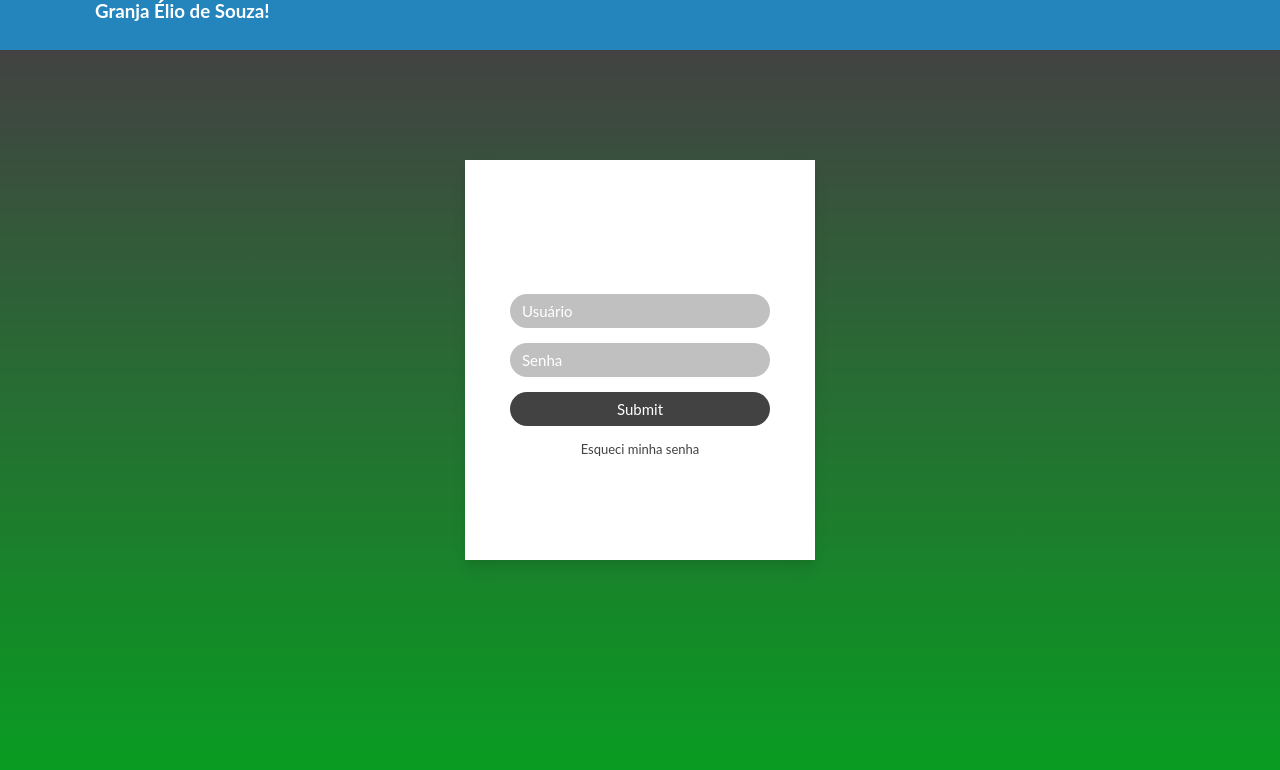
Repository: JoaoNahid/adminSystem
Page: /login (app in client/)
These files come from the project's save history. The page is drawn as it stood at one moment and after the next save; the edit follows.
The browser window is 1280 px wide. The pictures show the whole page.
The project was rebuilt for these pictures with package versions that can differ from the ones it lists, and the page was loaded fresh each time. Also part of the build but not shown: client/src/App.css, client/src/routes/cadastro.js, client/src/routes/home.js, client/src/routes/404.js.

Above is the page before, as saved 2022-04-20 21:15:45.

### client/src/App.js
import logo from './logo.svg';
import React, { useState, useEffect } from "react"
import './App.css';
import './css/style.css';


// Router
import { BrowserRouter as Router, Route, Routes } from 'react-router-dom';
// Telas
import Login from './routes/login.js'
import Cadastro from './routes/cadastro.js'
import Home from './routes/home.js'
import Error from './routes/404.js'
import Header from './routes/header.js'

export default function App() {
  return (
    <Router>
      <div>
        <Header />
        <Routes>
          <Route exact path="/login" element={<Login />} />
          <Route exact path="/cadastro" element={<Cadastro />} />
          <Route exact path="/" element={<Home />} />
          <Route exact path="/home" element={<Home />} />
          <Route path="*" element={<Error />} />
        </Routes>
      </div>
    </Router>
  )
}

### client/src/css/style.css
body{
  margin: 0;
  padding: 0;
  font-family: 'Lato', sans-serif;
}
*{
  margin: 0;
  padding: 0;
  font-family: 'Lato', sans-serif;
}
:root{
  --cor1: #099c22;
  --cor2: #424242;
}

@import url('https://fonts.googleapis.com/css2?family=Lato:ital,wght@0,100;0,300;0,400;0,700;0,900;1,100;1,300;1,400;1,700;1,900&display=swap');


.container{
  /* width: calc(100% - 80px); */
  margin-left: 80px;
  padding: 0 15px;
}
.nomePagina{
  padding: 8px 0;
  margin-bottom: 15px;
  background-color: #fff;
  display: flex;
  flex-direction: row;
  justify-content: space-between;
  align-items: center;
}

.tituloPagina{
  color: var(--cor2);
  font-size: 30px;
}
.mostrarEstatisticas{
  color: var(--cor2);
  font-size: 30px;
  cursor: pointer;
  transform: rotate(180deg);
}
.flexBox{
  display: flex;
}
.flexRow{
  flex-direction: row;
}
/* SIDEBAR */
.sidebar{
  position: fixed;
  top: 0;
  bottom: 0;
  height: auto;
  width: 70px;
  background-color: var(--cor2);
  box-shadow: 10px 0 0 var(--cor1);
  overflow: hidden;
  transition: 0.5s;
  z-index: 2;
}
.sidebar:hover{
  width: 300px;
}
.sidebar ul{
  position: absolute;
  top: 200px;
  left: 0;
  width: 100%;
  padding-left: 5px;
}
.sidebar ul li{
  position: relative;
  list-style: none;
  width: 100%;
  border-top-left-radius: 20px;
}
.sidebar ul li a{
  position: relative;
  display: flex;
  width: 100%;
  text-decoration: none;
  color: #fff;
}
.sidebar .iconeSidebar{
  position: relative;
  display: block;
  min-width: 60px;
  height: 60px;
  text-align: center;
  line-height: 70px;
}
.sidebar .iconeSidebar ion-icon{
  position: relative;
  font-size: 1.5rem;
  z-index: 1;
}
.sidebar .tituloSidebar{
  position: relative;
  display: block;
  padding-left: 10px;
  height: 60px;
  line-height: 60px;
  white-space: nowrap;
}
.sidebar .active{
  background: var(--cor1);
}
.perfilUsuario{
  position: relative;
  top: 30px;
  display: flex;
  flex-direction: column;
  justify-content: center;
  align-items: center;
}
.fotoUsuario{
  width: 50px;
  height: 50px;
  border-radius: 50%;
  background-size: cover !important;
  background-repeat: no-repeat !important;
  background-position: center !important;
  transition: 0.6s;
}
.sidebar:hover .fotoUsuario{
  width: 100px;
  height: 100px;
}
.sidebar:hover .nomeUsuario,
.sidebar:hover .funcaoUsuario{
  visibility: visible;
  opacity: 1;
  transition: visibility 0s, opacity 0s linear;
}
.nomeUsuario{
  color: #fff;
  font-size: 20px;
  margin-top: 6px;
  visibility: hidden;
  opacity: 0;
  transition: visibility 0s, opacity 0s linear;
}
.funcaoUsuario{
  color: #fff;
  font-size: 15px;
  visibility: hidden;
  opacity: 0;
  transition: visibility 0s, opacity 0s linear;
}
/* FIM SIDEBAR */

/* DASHBOARD */
.areaBlocosEstatisticas{
  display: grid;
  grid-template-columns: repeat(4, 1fr);
  justify-content: center;
  gap: 20px;
  flex-direction: row;
}
@media(max-width: 1064px){
  .areaBlocosEstatisticas{
    grid-template-columns: repeat(2, 1fr);
  }
}
@media(max-width: 651px){
  .areaBlocosEstatisticas{
    grid-template-columns: 1fr;
  }
}
.blocoEstatistica{
  width: auto;
  height: 150px;
  background: var(--cor2);
  color: #fff;
  border-bottom: 3px solid var(--cor1);
  border-top-left-radius: 20px;
  border-top-right-radius: 20px;
  display: flex;
  flex-direction: column;
  justify-content: space-between;
  align-items: center;
  padding: 8px 12px;
}
.tituloEstatistica{
  font-size: 25px;
  text-transform: capitalize;
}
.conteudoEstatistica{
  display: flex;
  flex-direction: row;
  align-items: center;
  justify-content: space-between;
  width: 100%;
  padding-bottom: 25px;
}
.iconeEstatistica{
  width: 85px;
  font-size: 50px;
  z-index: 0;
}
.dadosEstatistica{
  text-align: center;
  width: 100%;
  font-size: 60px;
  color: #fff;
}
.exibirMenu{
  margin-top: -1000px !important;
  transition: .3s;
}
.rotacionarBtn{
  transform: rotate(180deg);
  transition: .7s ease-in;
}
/* FIM DASHBOARD */

/* LOGIN */
#bgAreaLogin{
  background: rgb(9,156,34);
  background: linear-gradient(0deg, rgba(9,156,34,1) 0%, rgba(66,66,66,1) 100%);
  width: 100%;
  height: 100vh;
}
#areaLogin{
  position: absolute;
  top: 0;
  bottom: 0;
  right: 0;
  left: 0;
  margin: auto auto;
  width: 350px;
  height: 400px;
  box-shadow: rgba(0, 0, 0, 0.1) 0px 10px 15px -3px, rgba(0, 0, 0, 0.05) 0px 4px 6px -2px;
  background-color: #fff;
}
.formLogin{
  padding: 15px 45px ;
  display: flex;
  flex-direction: column;
  gap: 15px;
  align-items: center;
  justify-content: center;
  height: 100%;
}
#areaLogin input{
  /* border-top: 0 none;
  border-right: 0 none;
  border-left: 0 none;
  border-color: var(--cor1); */
  border: 0 none;
  background: #42424255;
  color: var(--cor2);
  border-radius: 20px;
  padding: 8px 12px;
  font-size: 15px;
  width: calc(100% - 24px);
}
#areaLogin input::placeholder{
  color: #fff;
}
#areaLogin input:focus{
  outline: none;
}
.btnLogar{
  width: 100% !important;
  background-color: var(--cor2) !important;
  transition: .3s;
  color: #fff !important;
}
.btnLogar:hover{
  background-color: var(--cor1) !important;
  color: #fff !important;
  cursor: pointer;
}
.esqueciASenha{
  font-size: 13px;
  color: var(--cor2);
  text-decoration: none;
}
.esqueciASenha:hover{
  color: inherit;
}

/* FIM LOGIN */

/* Edição Site */
#areaTotalEdicaoSite{
  width: 100%;
}
.menuPaginas{
  display: flex;
  justify-content: center;
  flex-direction: row;
  margin-left: 230px;
  gap: 1px;
  background: var(--cor1);
}
.paginaEdicao{
  padding: 10px 10px;
  background-color: var(--cor2);
  color: #fff;
  width: 100%;
  text-align: center;
}
.paginaEdicao:hover{
  background: var(--cor1);
  cursor: pointer;
}
.menuSectionsPagina{
  width: 230px;
  display: flex;
  flex-direction: column;
  justify-content: center;
  background: var(--cor1);
}
.sectionEdicao{
  background: var(--cor2);
  color: #fff;
  width: calc(100% - 25px);
  text-align: left;
  padding: 16px 12px;
  text-decoration: none;
}
.sectionEdicao:hover{
  background: var(--cor1);
  cursor: pointer;
}
.boxFormEdicao{
  padding: 20px;
  width: calc(100% - 267px);
  border: solid 1px var(--cor2);
  border-left: solid 1px var(--cor1);
}
.tituloCampo{
  font-size: 18px;
  color: var(--cor2);
  margin-bottom: 10px;
}
.menuAtivo{
  background-color: var(--cor1);
}
/* Fim Edição Site */


/* INPUTS */
input:focus{
  outline: 0;
}
.formEdicao input{
  border-top: 0 none;
  border-right: 0 none;
  border-left: 0 none;
  border-bottom: 2px solid var(--cor2);
  padding: 0 5px 2px;
  font-size: 15px;
  transition: 0.3s;
  width: 100%;
}
.formEdicao input:focus{
  border-color: var(--cor1);
}
/* FIM INPUTS */

#headerArea{
  height: 50px;
  width: 100%;
  background-color: rgb(36, 133, 189);
  color: #fff;
}

/* PAGINA DE ERRO */
#errorPage{
  width: 100%;
  text-align: center;
  padding-top: 50px;
}

.inputsConversao{
  border-top: 0 none;
}

### client/src/routes/login.js
import React, { Component} from "react"
import Axios from "axios"
import md5 from "md5-hash"

export default class Login extends Component{
    constructor() {
        super()

        this.state = {
            usuario: "",
            senha: "",
            email: ""
        }
    }

    logar = (e) => {
        // 'http://localhost:3001/login/'+this.state.email+'/'+this.state.senha
        Axios.get('http://localhost:3001/login/'+this.state.usuario+'/'+md5(this.state.senha)).then((response) => {
            console.log(response)
            var dadosDoServidor = response.data[0]
            console.log(dadosDoServidor)
            if(dadosDoServidor != undefined){
                localStorage.setItem("id", dadosDoServidor.idUsuario)
                localStorage.setItem("email", dadosDoServidor.email)
                window.location.href = "/home"
            } else {
                window.alert('Login Inválido')
            }

        })
        e.preventDefault()
    }

    render() {
        return (
            <div id="bgAreaLogin">
                <div id="areaLogin" className="">
                    <div className="logoAreaLogin">

                    </div>
                    <form className="formLogin" method="post">
                        <input className="inputCampo" type="text" autoComplete="off" placeholder="Usuário" name="usuario" defaultValue={this.state.usuario} onChange={(e) => (this.setState({usuario: e.target.value}))} />
                        <input className="inputCampo" type="password" autoComplete="off" placeholder="Senha" name="senha" defaultValue={this.state.senha} onChange={(e) => (this.setState({ senha: e.target.value }))}/>

                        <input className="btnLogar" type="submit" name="logar" defaultValue="Login" onClick={(e) => this.logar(e)} />
                        <a className="esqueciASenha" href="esqueci-a-senha.php">Esqueci minha senha</a>
                    </form>
                </div>
            </div>
        )
    }
}

### client/src/routes/header.js
import React, { Component } from "react"

export default function Header() {

    return(
        <div id="headerArea">
            <div className="container">
                <h3>Granja Élio de Souza!</h3>
            </div>
        </div>
    )
}

Loaded but not shown: client/public/index.html (common file); client/src/index.js (common file); client/src/index.css (common file); client/src/reportWebVitals.js (common file)

After the next save:
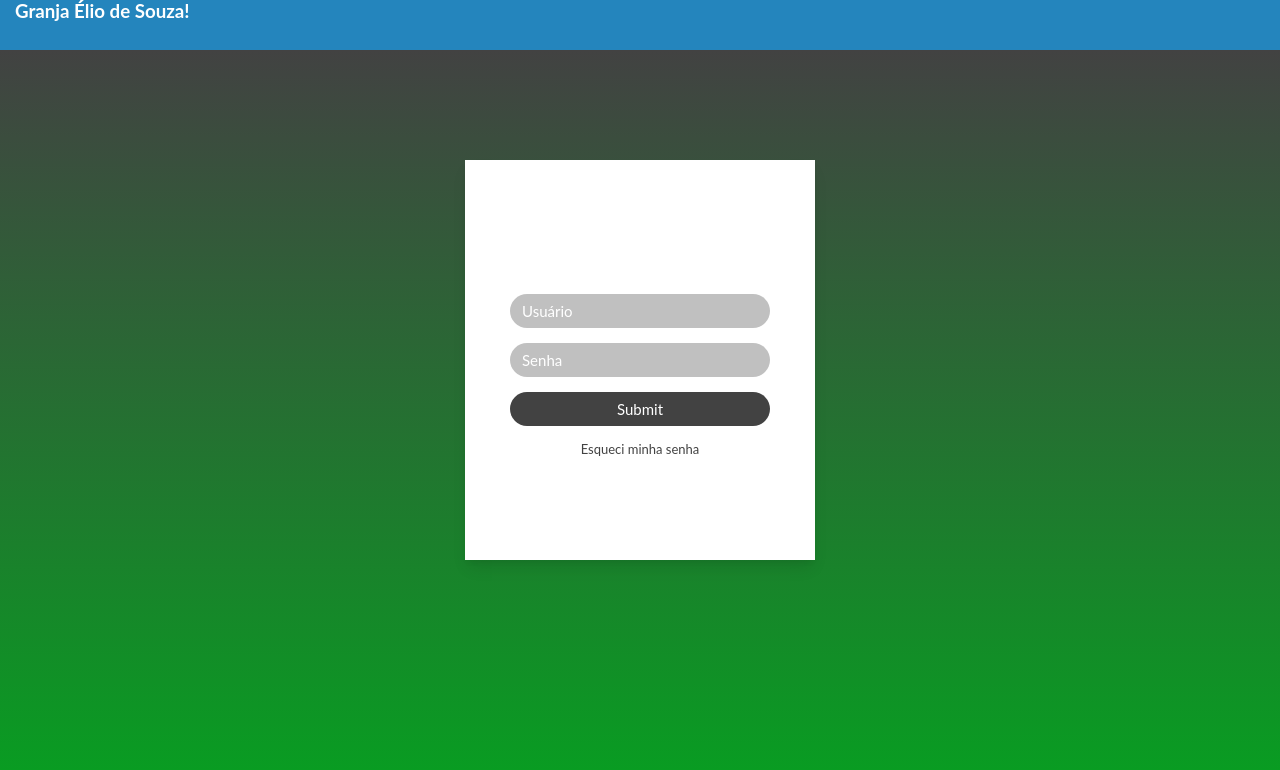
Saved 48 s later.
--- a/client/src/css/style.css
+++ b/client/src/css/style.css
@@ -18,7 +18,6 @@ body{
 
 .container{
   /* width: calc(100% - 80px); */
-  margin-left: 80px;
   padding: 0 15px;
 }
 .nomePagina{
